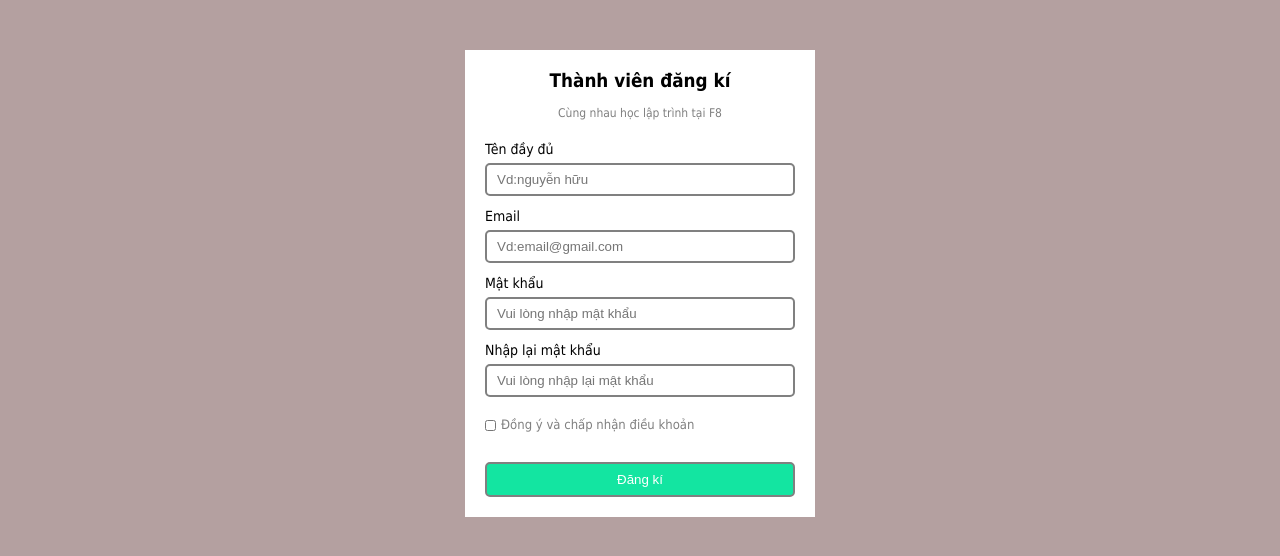
Repository: HuunvDev/Validator
Page: index.html
An editor plug-in stored every save of this project. The page is shown before and after the next save, followed by the edit.
The browser window is 1280 px wide. The pictures show the whole page.
Some web libraries are served in a nearby version.

Above is the page before, as saved 2022-08-20 16:06:25.

### index.html
<!DOCTYPE html>
<html lang="en">
<head>
    <meta charset="UTF-8">
    <meta http-equiv="X-UA-Compatible" content="IE=edge">
    <meta name="viewport" content="width=device-width, initial-scale=1.0">
    <title>validator</title>
    <link rel="stylesheet" href="style.css">
    <link rel="stylesheet" href="https://use.fontawesome.com/releases/v5.1.1/css/all.css" integrity="sha384-O8whS3fhG2OnA5Kas0Y9l3cfpmYjapjI0E4theH4iuMD+pLhbf6JI0jIMfYcK3yZ" crossorigin="anonymous">
</head>
<body>
    <div class="main">
        <form action="" method="POST" class="form" id="form-1">
            <h3 class="heading">Thành viên đăng kí</h3>
            <p class="desc">Cùng nhau học lập trình tại F8</p>
            <div class="pacer"></div>
            <div class="form-group">
                <label for="fullName" class="form-lable">Tên đầy đủ</label><br>
                <input type="text" id="fullName" name="fullName" placeholder="Vd:nguyễn hữu"><br>
                <!-- <i class="fas fa-exclamation-triangle warning"></i> -->
                <span class="form-message">
                </span>
            </div>
            <div class="form-group">
                <label for="email" class="form-lable">Email</label><br>
                <input type="text" id="email" name="email" placeholder="Vd:email@gmail.com"><br>
                <span class="form-message"></span>
            </div>
            <div class="form-group">
                <label for="password" class="form-lable">Mật khẩu</label><br>
                <input type="password" id="password" name="password" placeholder="Vui lòng nhập mật khẩu"><br>
                <span class="form-message"></span>
            </div>
            <div class="form-group">
                <label for="password_confirmation" class="form-lable">Nhập lại mật khẩu</label><br>
                <input type="password" id="password_confirmation" name="password_confirmation" placeholder="Vui lòng nhập lại mật khẩu"><br>
                <span class="form-message"></span>
            </div>
            <div class="form-group">
                <input type="checkbox" name ="condition" id ="condition">
                <span class="agree">Đồng ý và chấp nhận điều khoản</span>
            </div>

           <button class="form-submit" type="submit">Đăng kí</button>
        </form>
    </div>
    <script src="Validator.js"></script>
    <script>
        //mong muốn nhận được
        validator({
            form: '#form-1',
            formGroupSelector:'.form-group',
            errorSelector:'.form-message',
            rules: [
                validator.isRequired('#fullName','Vui lòng nhập tên đầy đủ'),
                //validator.isRequired('#email'),
                validator.isEmail('#email'),
                validator.minLength('#password',6),
                validator.isRequired('#password_confirmation'),
                validator.isConfirmed('#password_confirmation', function(){
                    return document.querySelector('#form-1 #password').value;
                },'Giá trị nhập vào không chính xác'),
            ],
            onSubmit : function(data){
                console.log(data);
            }
        })
    </script>
</body>
</html>

### style.css

*{
    margin:0;
    padding:0;
    overflow: hidden;
    box-sizing: border-box;
}
body{
    background-color:rgb(180, 160, 160);
}
.main {
    width: 350px;
    box-shadow: 0 0 0 rgb(0 0 0 / 10%);
    margin: auto;
    margin-top: 50px;
    padding: 20px;
    background-color: #fff;
    font-family: tahoma;
}
h3.heading {
    text-align: center;
}
p.desc {
    text-align: center;
    font-size: 12px;
    color: grey;
    padding: 15px 0;
}
.form-group {
    padding: 6px 0;
}

label.form-lable {
    font-size: 14px;
    margin-bottom: -13px;
    display: block;
}
input {
    width:100%;
    height: 33px;
    outline: none;
    border:2px solid grey;
    padding: 0 10px;
    border-radius:5px;
}
input:hover{
    border-color: rgb(23 220 220);
}
button{
    padding:8px 0;
    width:100%;
    background-color: rgb(19 229 161);
    margin-top:10px;
    border-radius:5px;
    color:#fff;
    border:2px solid grey;
}
span.form-message {
    font-size: 12px;
}
.invalid input{
    border-color:red;
}
.invalid span.form-message{
    color:red;
}
.warning{
    font-size:11px;
    color:red;
}
input#condition {
    width: 11px;
}

span.agree {
    font-size: 13px;
    color: grey;
    position: absolute;
    transform: translateY(8px);
    padding: 0 5px;
}

### Validator.js
//constractor function
function validator(options){

    function getParent (element,selector){
        while(element.parentElement){
            if(element.parentElement.matches(selector)){
                return element.parentElement;
            }
            element = element.parentElement;
        }
    }
    var selectorRules ={};
//hàm thực hiên validate
    function validate(inputElement,rules){
        var errorElement = getParent(inputElement, options.formGroupSelector).querySelector(options.errorSelector);
        var errorMessage;
        //lấy ra các rules của selector
        var rules = selectorRules[rules.selector];
        //lặp qua từng rules và check
        //nếu có lỗi dừng việc kiểm tra
        for (var i = 0; i < rules.length;i++){
            errorMessage= rules[i](inputElement.value);
            if(errorMessage) break;
        }
                //lấy value của ô input:inputElement.value;
                //test function : rules.test;
               // var errorMessage = rules.test(inputElement.value);
                //lấy ra thẻ cha của nó từ thẻ con:inputElement.parentElement,
                //lấy ra  đúng phần tử con của thẻ to mà mình muốn lấy:
                //inputElement.parentElement.querySelector('form-message');
                if(errorMessage){
                 //errorElement.innerText = errorMessage;
                 errorElement.innerHTML = `<i class="fas fa-exclamation-triangle warning"></i> ${errorMessage}`;
                 getParent(inputElement, options.formGroupSelector).classList.add('invalid');
                }else{
                 errorElement.innerText = " ";
                 getParent(inputElement, options.formGroupSelector).classList.remove('invalid');
                }

                return !errorMessage;
    }
    //lấy element của form cần validate
    var formElement = document.querySelector(options.form);

    if(formElement){
        //loại bỏ hành vi mặc định của submit
        formElement.onsubmit = function(e){
            e.preventDefault();

            var isFormValid = true;
            //thực hiện lặp qua từng rules và validate
            options.rules.forEach( function (rules){
                var inputElement = formElement.querySelector(rules.selector);
                 var isValid = validate(inputElement,rules);
                 if(!isValid){
                    isFormValid =  false;
                 }
            });

            if(isFormValid){
                //trường hợp submit với js
             if( typeof options.onSubmit ==='function'){
                var enableInputs = formElement.querySelectorAll('[name]:not([disabled])');//lấy ra tất cả các phần tử có attribute là name và ko lấy các phần tử  bị disabled( có nghĩa là bị ẩn đi ko cho người dùng tương tác);
                var formValues = Array.from(enableInputs).reduce(function(values,input){
                    values[input.name] = input.value;
                    return  values;
                },{});
                options.onSubmit(formValues);
             }//trường hợp submit mặc định của trình duyệt
             else{
                formElement.submit();
             }
            }
        }
        //lặp qua mỗi rules và lắng nghe sự kiện
       options.rules.forEach( function (rules){
        //lưu lại các rules cho mỗi input
        if(Array.isArray( selectorRules[rules.selector])){
            selectorRules[rules.selector].push( rules.test);
        }else{
            selectorRules[rules.selector] = [rules.test];
        }

        var inputElement = formElement.querySelector(rules.selector);
        if(inputElement){
            //xử lí trường hợp blur khỏi thẻ input
            inputElement.onblur = function(){
               validate(inputElement,rules);
            }

            // xử lí khi người dùng nhập dữ liệu
            inputElement.oninput = function(){
                var errorElement = inputElement.parentElement.querySelector(options.errorSelector);
                errorElement.innerText = " ";
                getParent(inputElement, options.formGroupSelector).remove('invalid');
            }
        }
       });
    }
}
//định nghĩa các rules
//nguyên tắc của các rules:
//1.khi có lỗi thì trả ra message lỗi
//2.khi hợp lệ thì clear lỗi
validator.isRequired = function (selector,message){
    return {
        selector: selector,
        test: function (value){
            return value.trim() ? undefined : message || "Vui lòng nhập trường này";
        }
    }
}
validator.isEmail = function (selector,message){
    return {
        selector: selector,
        test: function (value){
            var regex = /^\w+([\.-]?\w+)*@\w+([\.-]?\w+)*(\.\w{2,3})+$/;
            return regex.test(value)? undefined : message ||"Trường này phải là email";
        }
    }
}

validator.minLength = function (selector,min,message){
    return {
        selector: selector,
        test: function (value){
            return value.length >= min ? undefined :message ||`Vui lòng nhập tối thiểu ${min} kí tự`;
        }
    }
}

validator.isConfirmed = function(selector,getConfirmValue,message){
    return {
        selector:selector,
        test : function(value){
            return value === getConfirmValue() ? undefined : message ||'Mật khẩu nhập lại không chính xác';
        }
    }
}

After the next save:
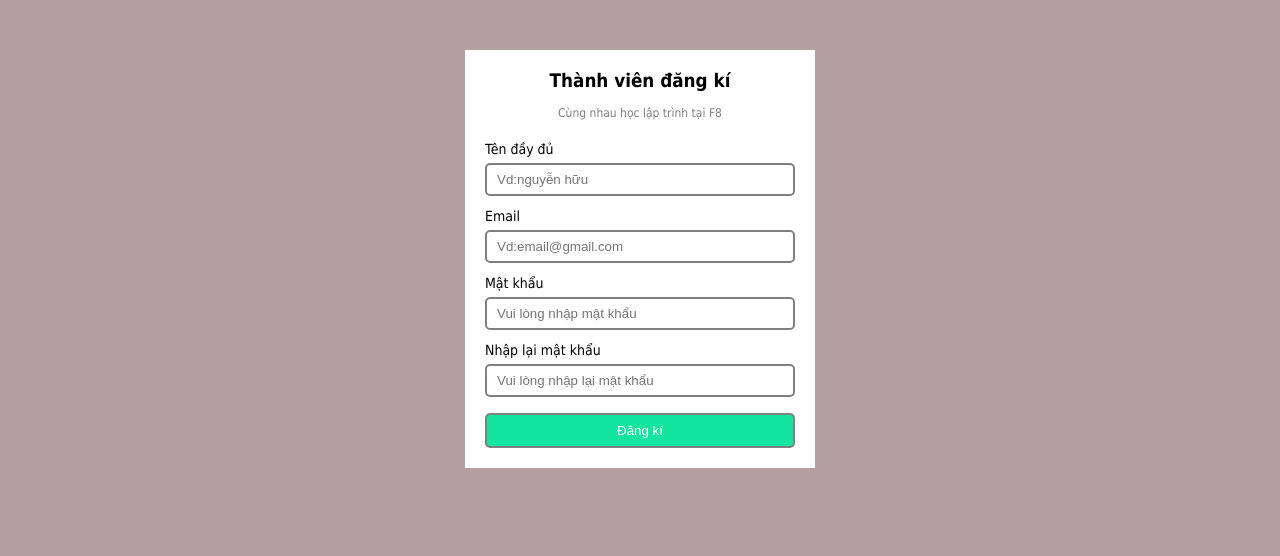
Saved 115 s later.
--- a/index.html
+++ b/index.html
@@ -36,10 +36,10 @@
                 <input type="password" id="password_confirmation" name="password_confirmation" placeholder="Vui lòng nhập lại mật khẩu"><br>
                 <span class="form-message"></span>
             </div>
-            <div class="form-group">
+            <!-- <div class="form-group">
                 <input type="checkbox" name ="condition" id ="condition">
                 <span class="agree">Đồng ý và chấp nhận điều khoản</span>
-            </div>
+            </div> -->
 
            <button class="form-submit" type="submit">Đăng kí</button>
         </form>
